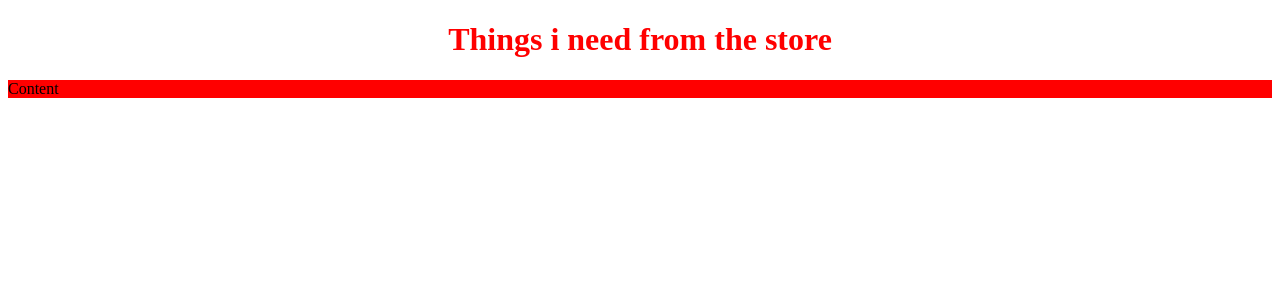
Repository: TheTroyPhillips/Block14
Page: Coursework/Block06/index.html
These files come from the project's save history. The page is drawn as it stood at one moment and after a run of saves; the edit follows.
The browser window is 1280 px wide. The pictures show the whole page.

Above is the page before, as saved 2023-08-29 17:16:39.

### Coursework/Block06/index.html
<!DOCTYPE html>
<html lang="en">
<head>
    <meta charset="UTF-8">
    <meta name="viewport" content="width=device-width, initial-scale=1.0">
    <title>Troy's Grocery List</title>
    <link rel="stylesheet" href="styles.css">
</head>
<body>
    <h1> Things i need from the store</h1>
    <div class="Box Red"> Content </div>


</body>
</html>

### Coursework/Block06/styles.css
h1 {
    color: red;
    text-align: center;
}
.box{
    width: 30px;
    height:150px;
    color: black;
    background-color: aqua;
}
.Red{
    background-color: red;
}

After the next 2 saves:
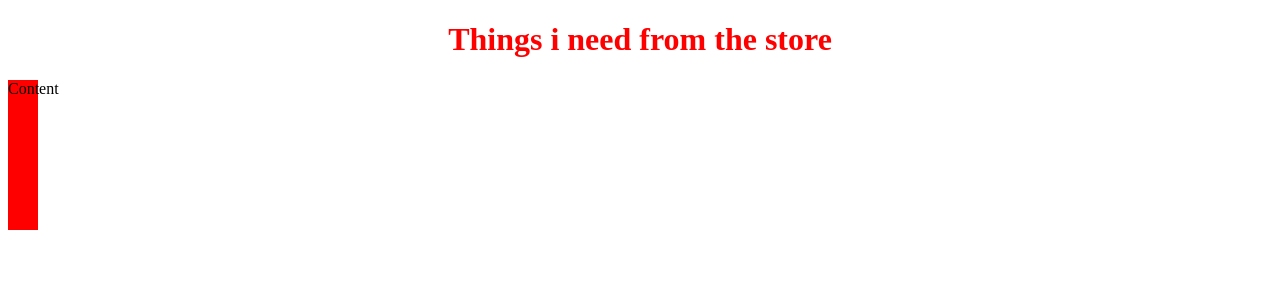
The 2 saves are shown as one change because they came seconds apart.
The last was saved 5 s later.
--- a/Coursework/Block06/styles.css
+++ b/Coursework/Block06/styles.css
@@ -2,7 +2,7 @@ h1 {
     color: red;
     text-align: center;
 }
-.box{
+.Box{
     width: 30px;
     height:150px;
     color: black;
